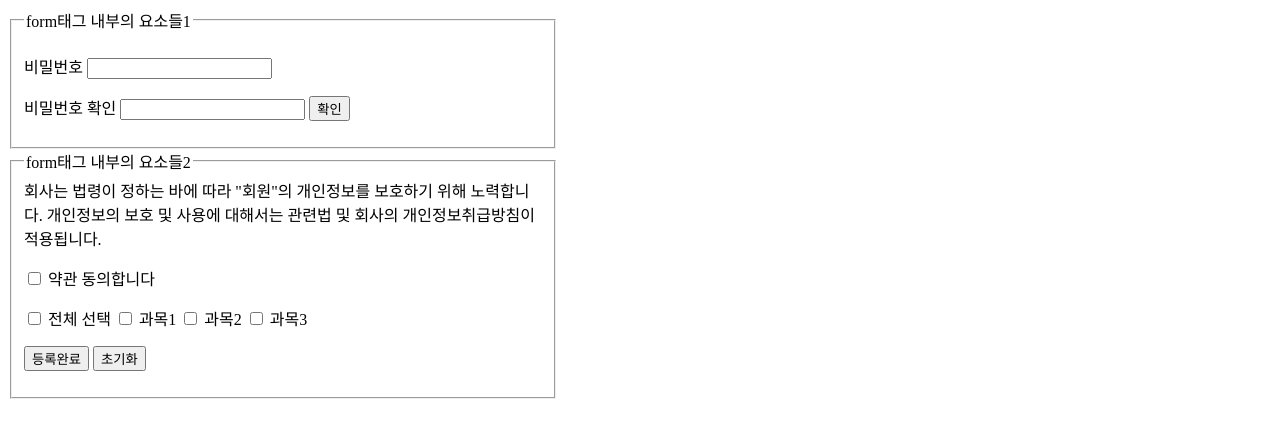
Repository: reddrinkbro/JSPStudy
Page: javascript/WebContent/4객체/dom_ob6.html
An editor plug-in stored every save of this project. The page is shown before and after the next save, followed by the edit.
The browser window is 1280 px wide. The pictures show the whole page.

Above is the page before, as saved 2020-04-16 05:04:42.

After the next save:
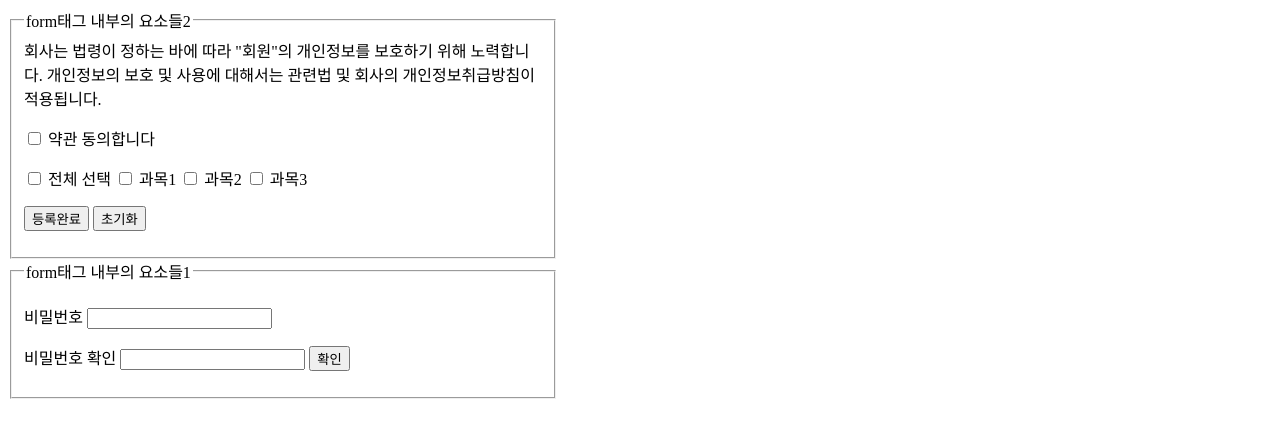
Saved 3 min 7 s later.
--- a/javascript/WebContent/4객체/dom_ob6.html
+++ b/javascript/WebContent/4객체/dom_ob6.html
@@ -11,20 +11,6 @@
 	</style>
 </head>
 <body>
-	<form action="a.jsp" name = "f1">
-		<fieldset>
-			<legend>form태그 내부의 요소들1</legend>
-			<p>
-				<label>비밀번호</label>
-				<input type ="text" id ="user_pw1" name ="user_pw1"/>
-			</p>
-			<p>
-				<label>비밀번호 확인</label>
-				<input type ="text" id = "user_pw2" name ="user_pw2"/>
-				<input type="submit" value = "확인"/>
-			</p>
-		</fieldset>
-	</form>
 	<form action="a.jsp" name = "f2">
 		<fieldset>
 			<legend>form태그 내부의 요소들2</legend>
@@ -50,6 +36,20 @@
 			<p>
 				<input type="submit" value = "등록완료">
 				<input type="reset" value = "초기화">
+			</p>
+		</fieldset>
+	</form>
+	<form action="a.jsp" name = "f1">
+		<fieldset>
+			<legend>form태그 내부의 요소들1</legend>
+			<p>
+				<label>비밀번호</label>
+				<input type ="text" id ="user_pw1" name ="user_pw1"/>
+			</p>
+			<p>
+				<label>비밀번호 확인</label>
+				<input type ="text" id = "user_pw2" name ="user_pw2"/>
+				<input type="submit" value = "확인"/>
 			</p>
 		</fieldset>
 	</form>
